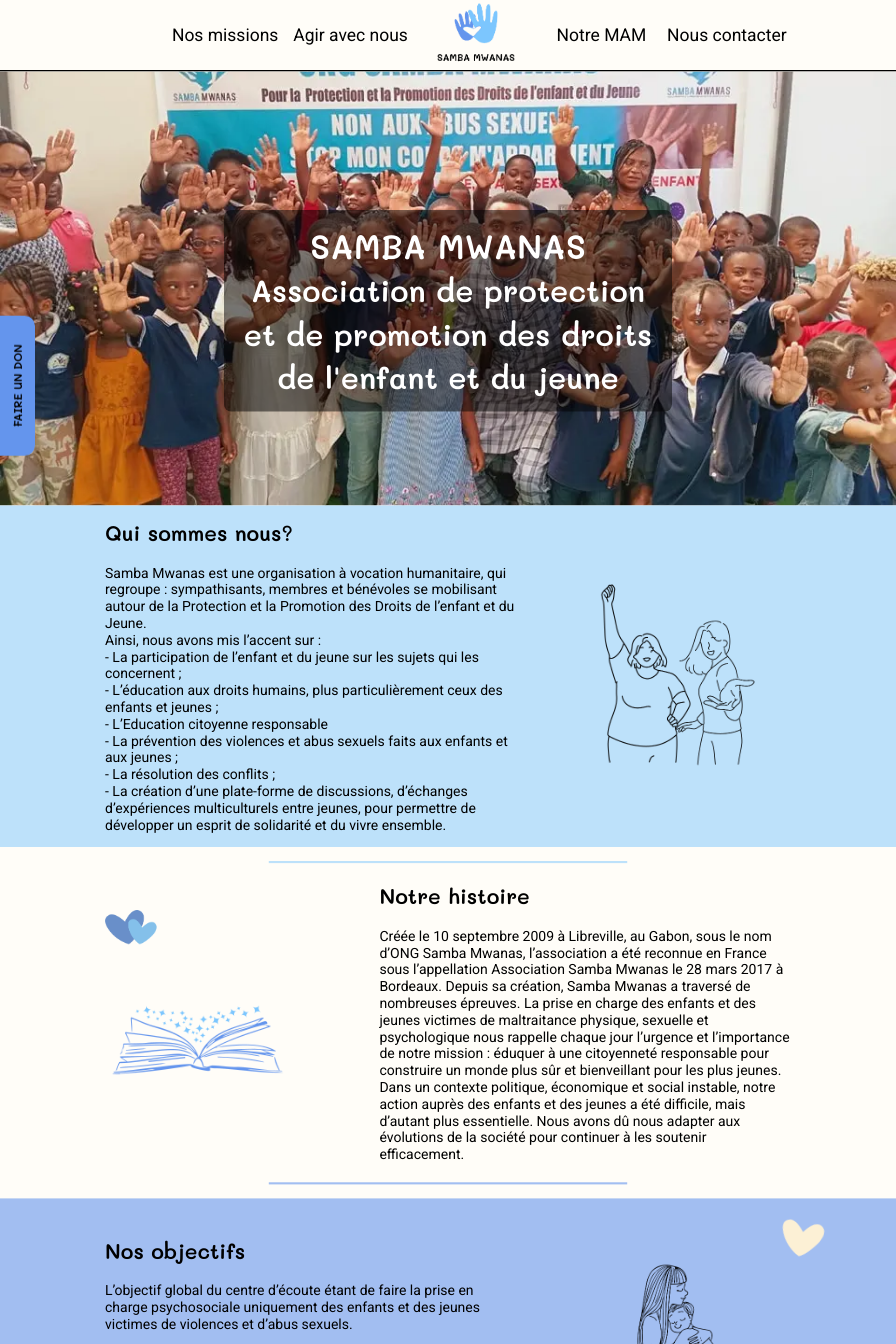
Repository: Danie-lDasilva/Samba-Mwanas
Page: index.html
The author's editor kept a copy of each file at every save. The page is drawn from the files as they stood at one save, then again after the next save.
The browser window is 1280 px wide. The pictures show the part of the page from y = 0 to 1920 px (the page is 3440 px tall), at 70% of full size.

Above is the page before, as saved 2025-03-06 19:38:36.

After the next save:
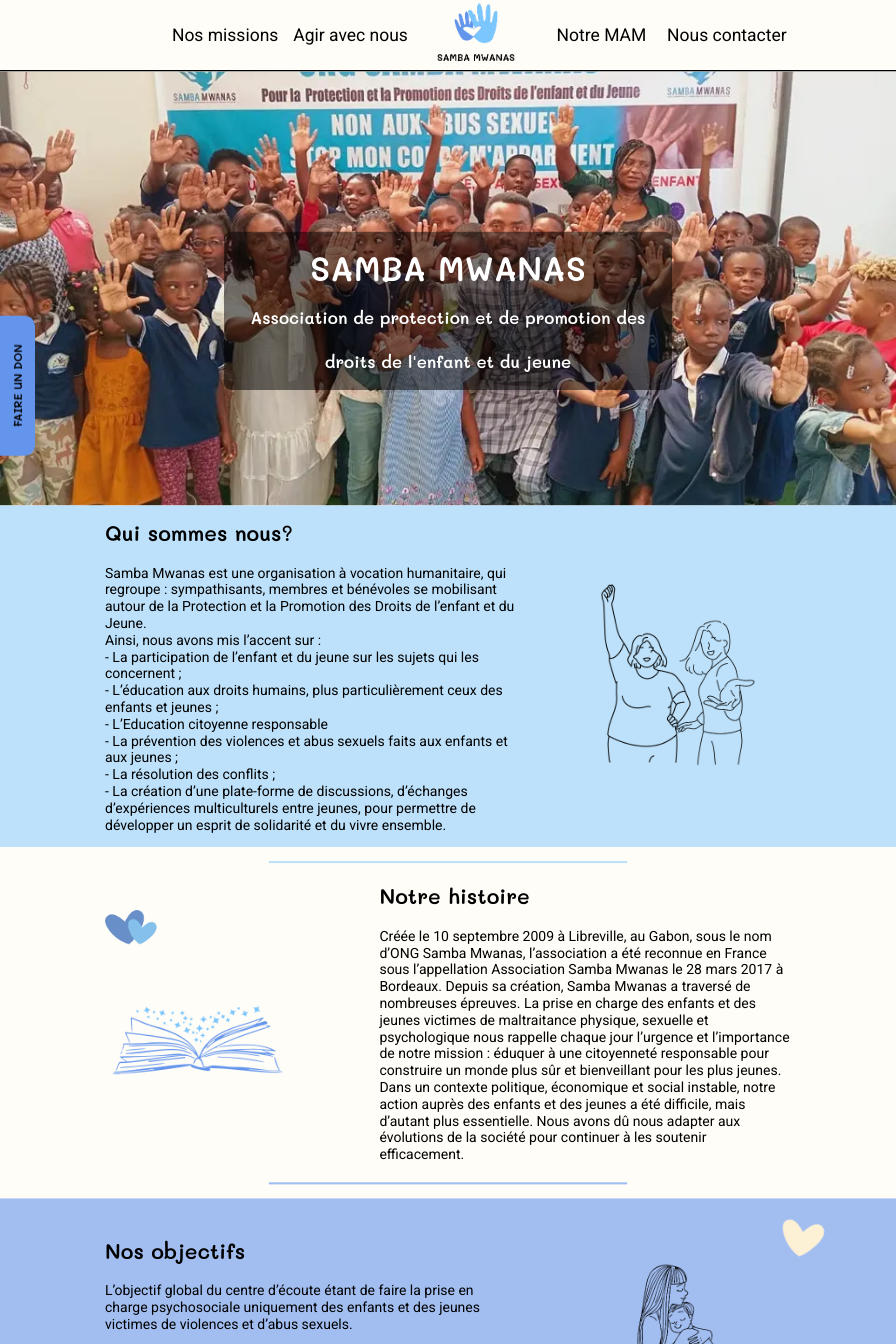
Saved 4 s later.
--- a/assets/css/style.css
+++ b/assets/css/style.css
@@ -150,7 +150,7 @@
 }
 
 .Landing h1 span {
-    font-size: 0.9em; /* Ajustement de la taille de la police */
+    font-size: 0.5em; /* Ajustement de la taille de la police */
 }
 
 @media (max-width: 768px) {
